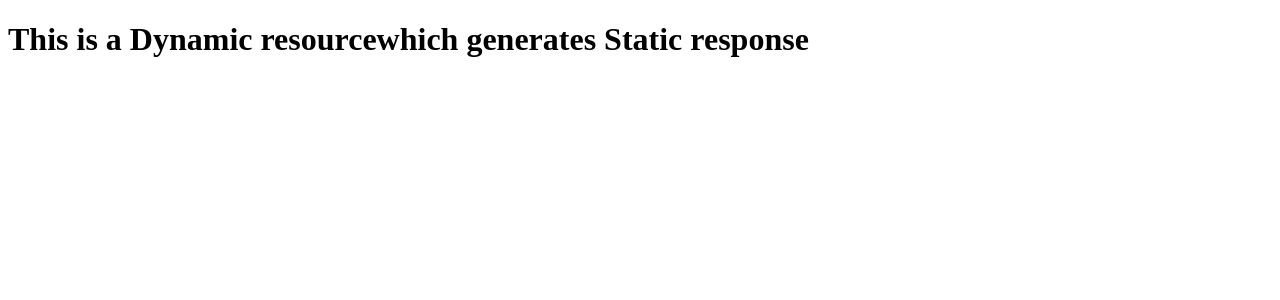
Repository: Krish1971997/eclipse-workspace
Page: Servelet-workspace/my-first-dynamic-web-app/src/main/webapp/index.html
These files come from the project's save history. The page is drawn as it stood at one moment and after the next save; the edit follows.
The browser window is 1280 px wide. The pictures show the whole page.

Above is the page before, as saved 2022-12-22 13:01:38.

### Servelet-workspace/my-first-dynamic-web-app/src/main/webapp/index.html
<!DOCTYPE html>
<html>
<head>
<meta charset="UTF-8">
<title>Insert title here</title>
</head>
<body>
 <h1>This is a Dynamic resourcewhich generates Static response</h1>
</body>
</html>

After the next save:
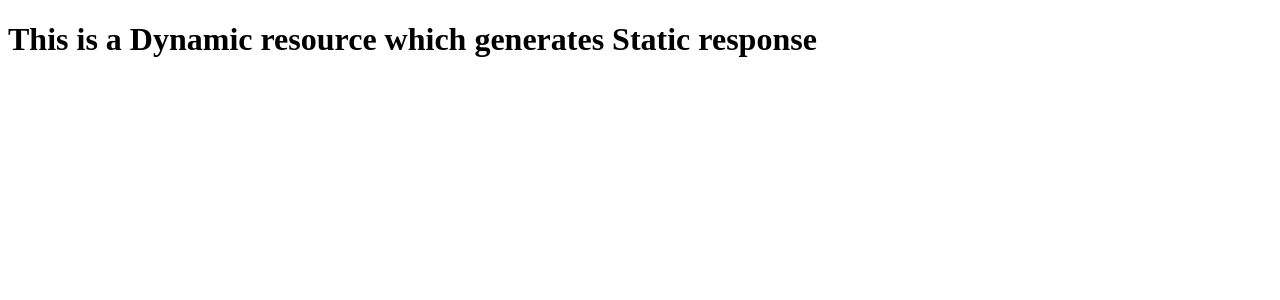
Saved 4 s later.
--- a/Servelet-workspace/my-first-dynamic-web-app/src/main/webapp/index.html
+++ b/Servelet-workspace/my-first-dynamic-web-app/src/main/webapp/index.html
@@ -5,6 +5,6 @@
 <title>Insert title here</title>
 </head>
 <body>
- <h1>This is a Dynamic resourcewhich generates Static response</h1>
+ <h1>This is a Dynamic resource which generates Static response</h1>
 </body>
 </html>
